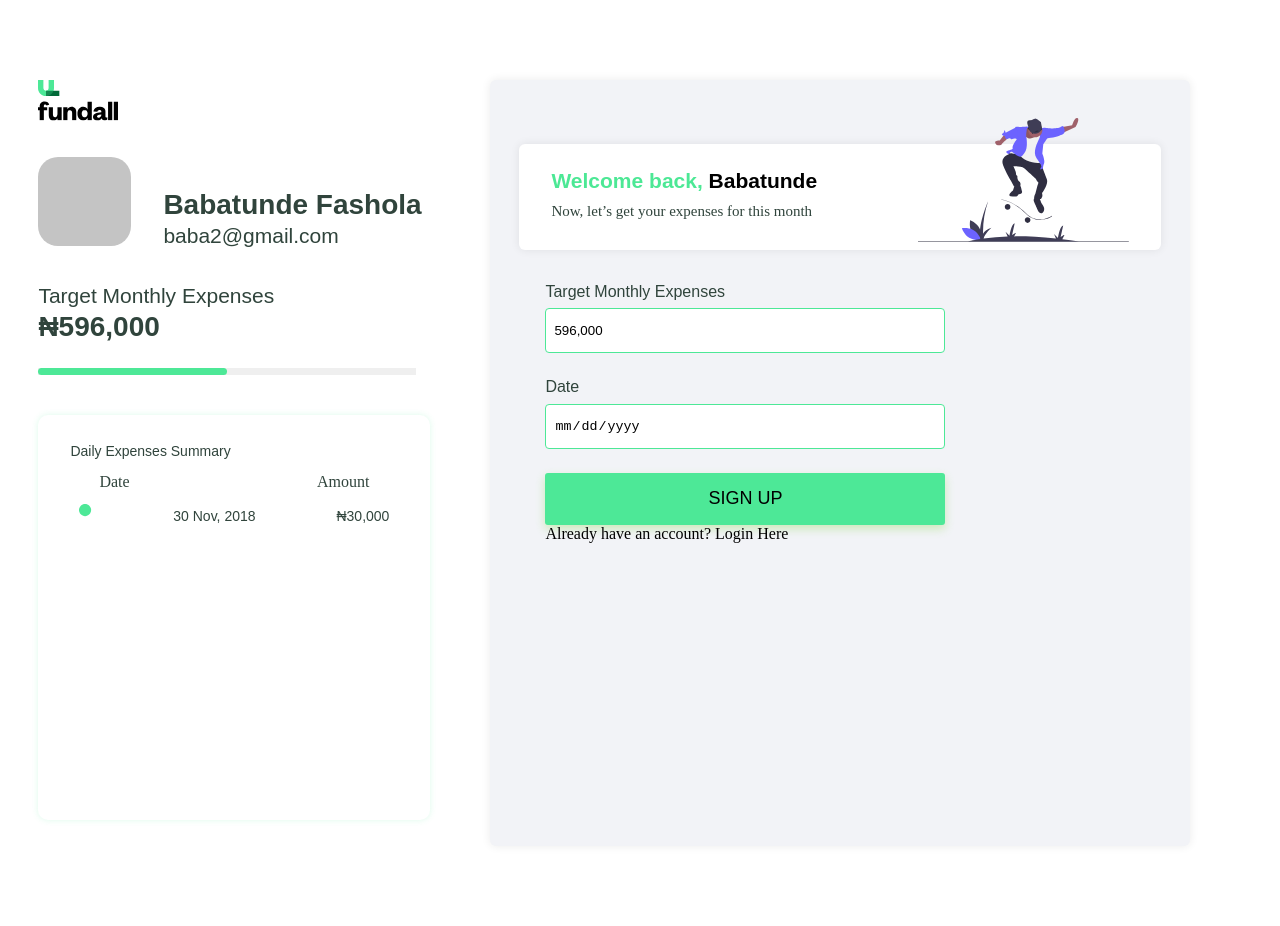
Repository: nilesjamex/niffty
Page: /dashboard
These files come from the project's save history. The page is drawn as it stood at one moment and after the next save; the edit follows.
The browser window is 1280 px wide. The pictures show the whole page.
The project was rebuilt for these pictures with package versions that can differ from the ones it lists, and the page was loaded fresh each time. Also part of the build but not shown: src/components/Nav.vue, src/views/Home.vue, src/views/SignUp.vue, src/views/Login.vue.

Above is the page before, as saved 2022-04-17 10:11:31.

After the next save:
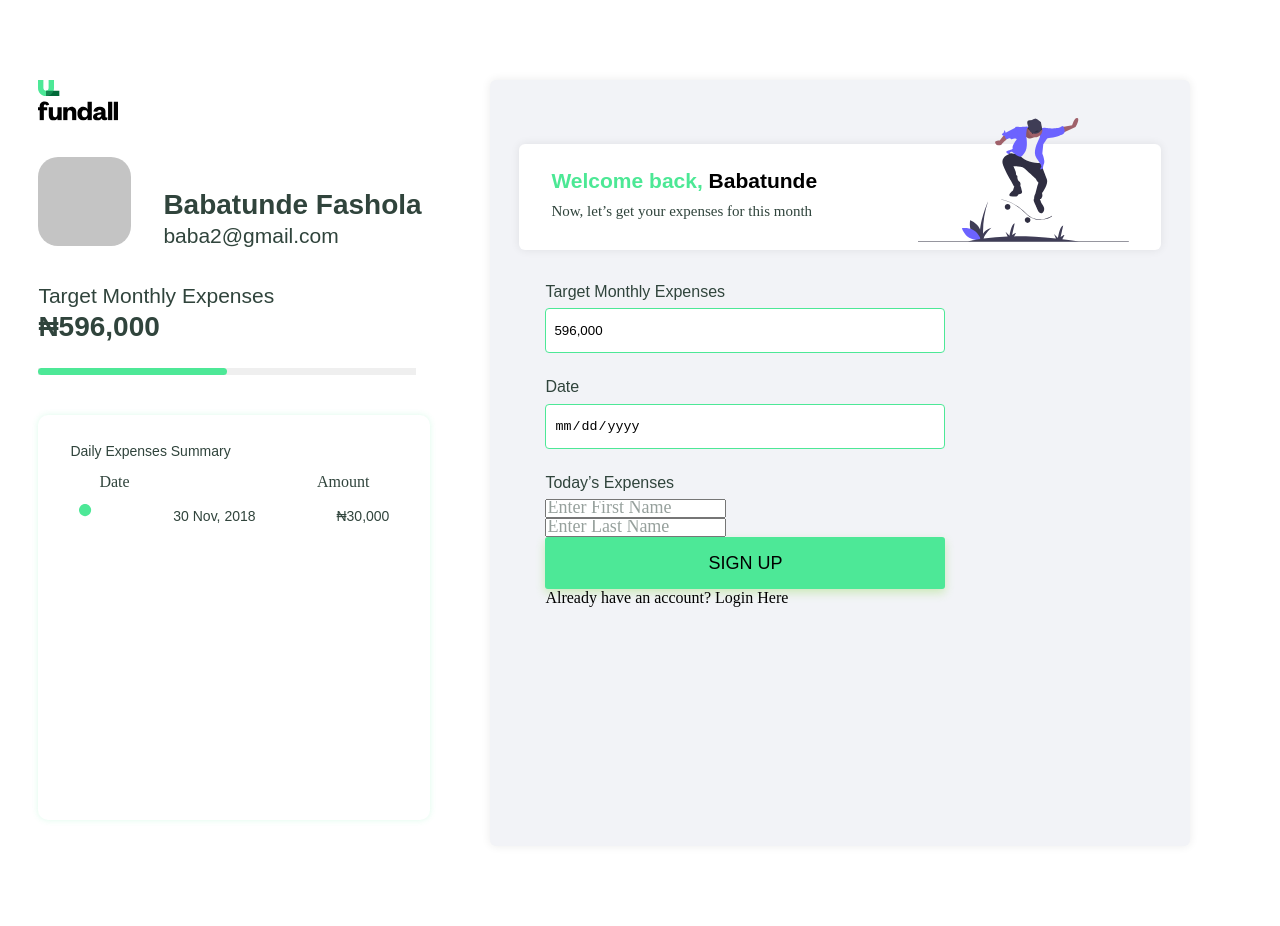
Saved 2 min 46 s later.
--- a/src/views/Dashboard.vue
+++ b/src/views/Dashboard.vue
@@ -77,6 +77,15 @@
                           <label>Date</label>
                           <input id="datepicker" type="date" name="" value="04/08/2022" readonly>
                       </div>
+                          <label for="">Today’s Expenses</label>
+                       <div class="signup--form--name--box">
+                          <div class="signup--form--name">
+                              <input type="text" placeholder="Enter First Name" id="">
+                          </div>
+                          <div class="signup--form--name">
+                              <input type="number" name="" placeholder="Enter Last Name" id="">
+                          </div>
+                      </div>
                       <button class="button--submit">
                           SIGN UP
                       </button>
